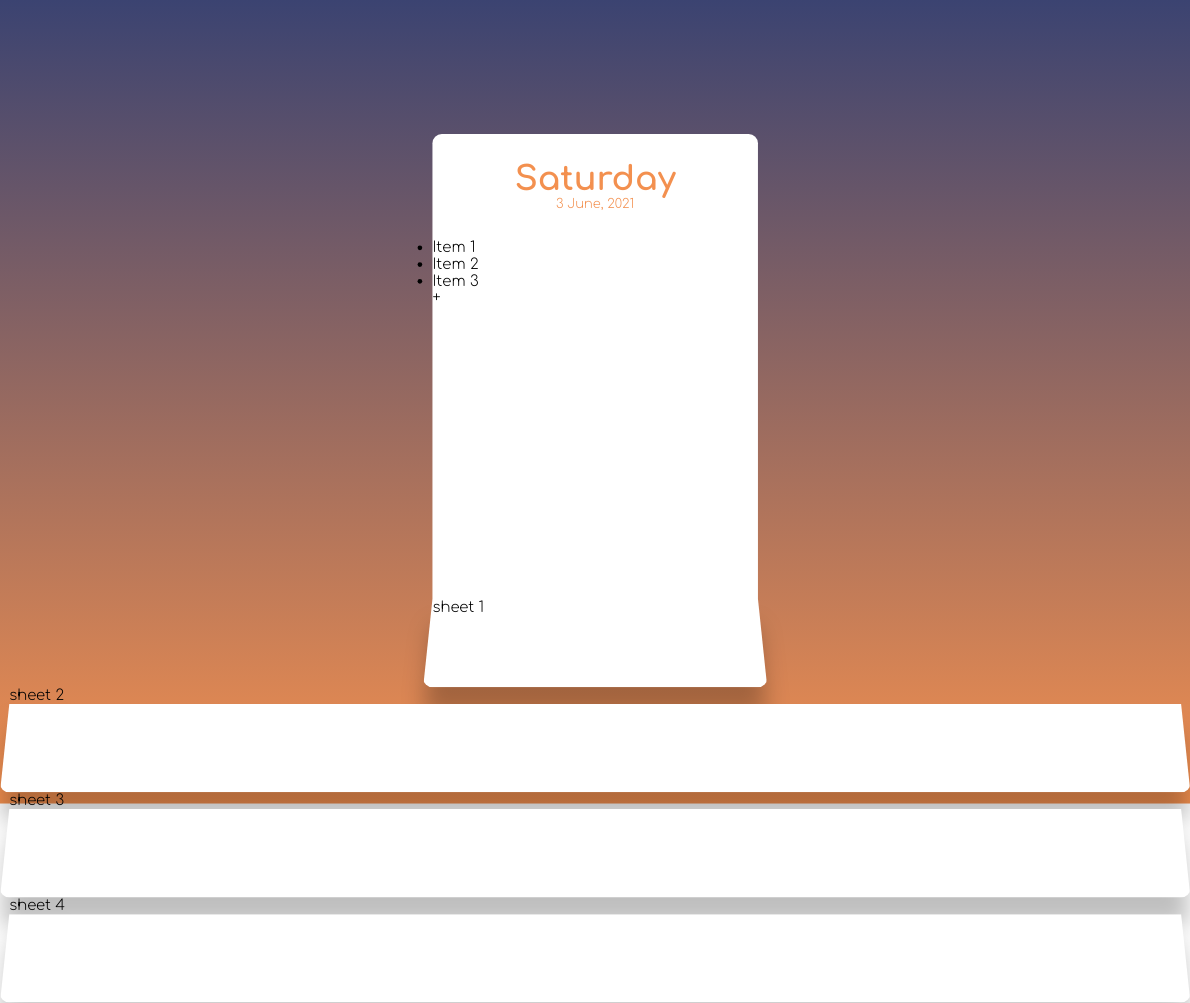
Repository: Colo-Codes/mini-projects
Page: todo-app/index.html
The author's editor kept a copy of each file at every save. The page is drawn from the files as they stood at one save, then again after the next save.
The browser window is 1280 px wide. The pictures show the whole page, at 93% of full size.

Above is the page before, as saved 2021-07-04 11:43:56.

After the next save:
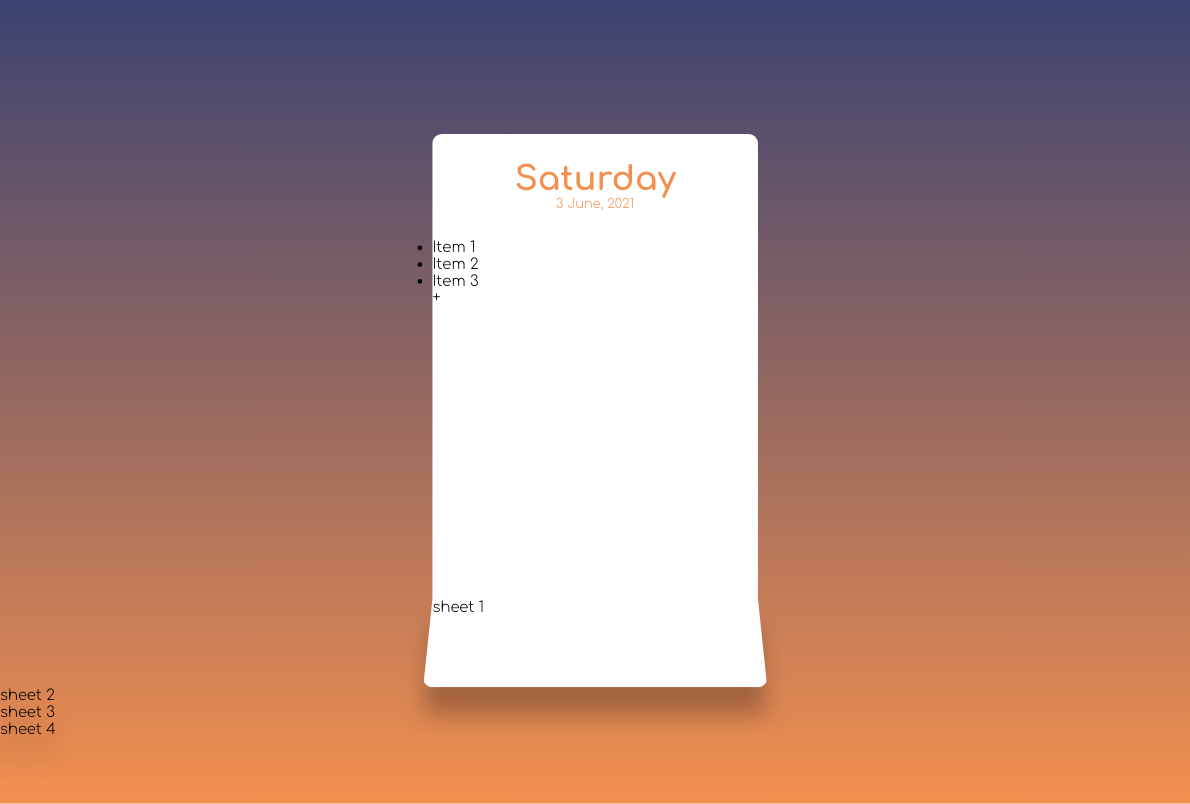
Saved 33 s later.
--- a/todo-app/css/index.css
+++ b/todo-app/css/index.css
@@ -46,10 +46,6 @@ body {
 div [id^='sheet-'] {
     margin: auto;
     border-radius: 0 0 10px 10px;
-    /* trapezoidal shape */
-    border-bottom: 95px solid white;
-    border-left: 10px solid transparent;
-    border-right: 10px solid transparent;
     -webkit-filter: drop-shadow(0px 30px 12px rgba(0, 0, 0, 0.25));
     filter: drop-shadow(0px 30px 12px rgba(0, 0, 0, 0.25));
     -ms-filter: "progid:DXImageTransform.Microsoft.Dropshadow(OffX=0, OffY=30, Color='#444')";
@@ -64,10 +60,6 @@ div [id^='sheet-'] {
     border-bottom: 95px solid white;
     border-left: 10px solid transparent;
     border-right: 10px solid transparent;
-    -webkit-filter: drop-shadow(0px 30px 12px rgba(0, 0, 0, 0.25));
-    filter: drop-shadow(0px 30px 12px rgba(0, 0, 0, 0.25));
-    -ms-filter: "progid:DXImageTransform.Microsoft.Dropshadow(OffX=0, OffY=30, Color='#444')";
-    filter: "progid:DXImageTransform.Microsoft.Dropshadow(OffX=0, OffY=30, Color='#444')";
 }
 
 #todo--header header {
